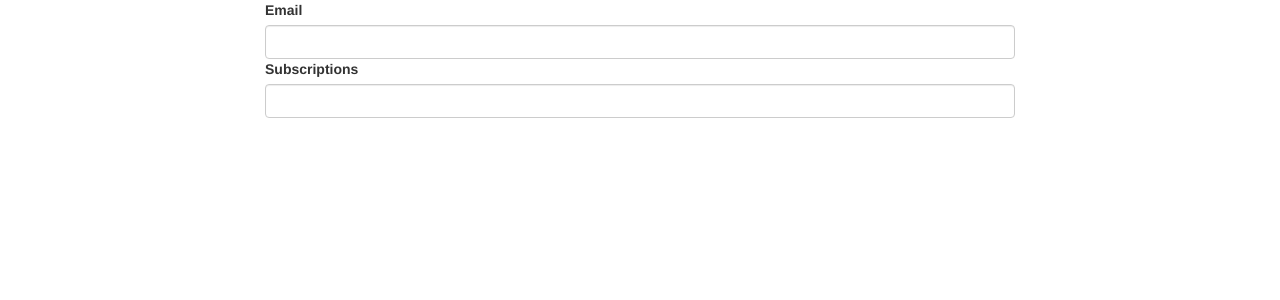
Repository: NikitasX/AngularCourse
Page: / (app in td-forms-assignment/)
The author's editor kept a copy of each file at every save. The page is drawn from the files as they stood at one save, then again after a run of saves.
The browser window is 1280 px wide. The pictures show the whole page.
The project was rebuilt for these pictures with package versions that can differ from the ones it lists, and the page was loaded fresh each time. Also part of the build but not shown: td-forms-assignment/angular.json.

Above is the page before, as saved 2020-09-25 16:32:54.

### td-forms-assignment/src/app/app.component.html
<div class="container">
  <div class="row">
    <div class="col-xs-12 col-sm-10 col-md-8 col-sm-offset-1 col-md-offset-2">

      <form>
        <div class="form-group">
          <label for="email">Email</label>
          <input
            type="email"
            class="form-control"
            required
            email>

            <label for="subscriptions">Subscriptions</label>
            <input
              type="email"
              class="form-control"
              required
              email>
        </div>
      </form>

      <!-- Add a Form with the following Inputs (and Validators)
           1) Mail address (should not be empty and should be an email address)
           2) A Dropdown which allows the user to select from three different Subscriptions ("Basic", "Advanced", "Pro")
              Set "Advanced" as Default
           3) A Password field (should not be empty)
           4) A Submit Button

           Display a warning message if the Form is invalid AND was touched. Display a warning message below each input if it's invalid.

           Upon submitting the form, you should simply print the Value of the Form to the Console.
           Optionally, display it in your template.
      -->
    </div>
  </div>
</div>

Loaded but not shown: td-forms-assignment/src/index.html (common file); td-forms-assignment/src/styles.css (common file); td-forms-assignment/src/main.ts (common file); td-forms-assignment/src/app/app.module.ts (common file); td-forms-assignment/src/environments/environment.ts (common file); td-forms-assignment/src/app/app.component.ts (common file); td-forms-assignment/src/app/app.component.css (no stored copy; drawn as an empty file)

After the next 2 saves:
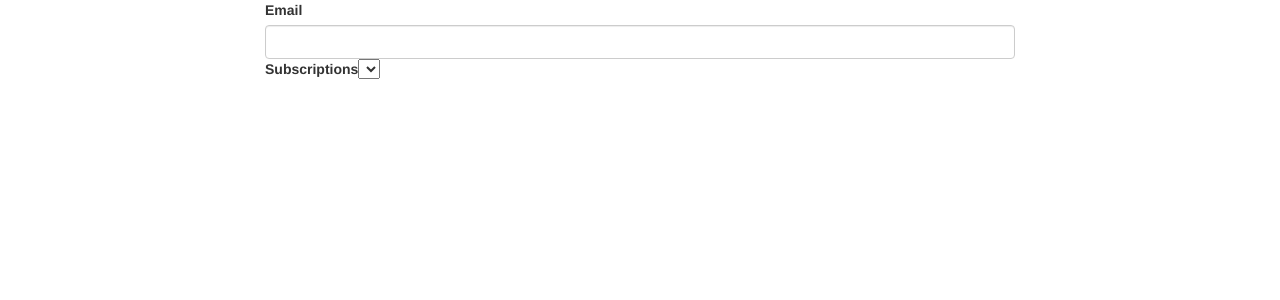
The 2 saves are shown as one change because they came seconds apart.
The last was saved 11 s later.
--- a/td-forms-assignment/src/app/app.component.html
+++ b/td-forms-assignment/src/app/app.component.html
@@ -12,11 +12,9 @@
             email>
 
             <label for="subscriptions">Subscriptions</label>
-            <input
-              type="email"
-              class="form-control"
-              required
-              email>
+            <select>
+
+            </select>
         </div>
       </form>
 

After the save that followed:
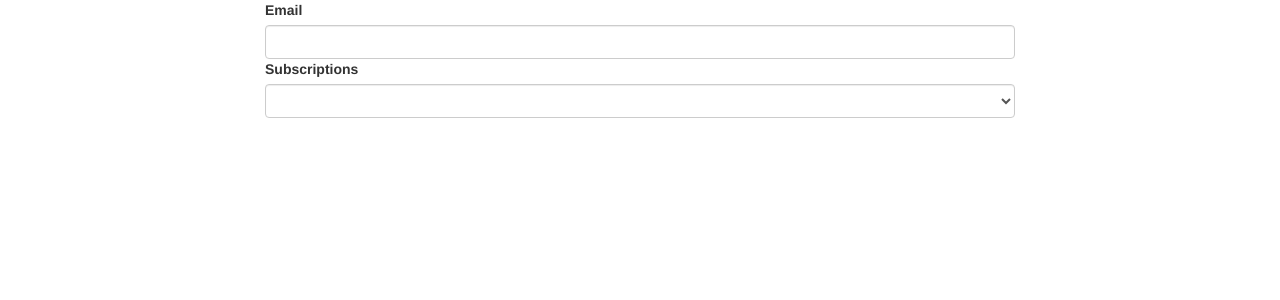
Saved 10 s later.
--- a/td-forms-assignment/src/app/app.component.html
+++ b/td-forms-assignment/src/app/app.component.html
@@ -12,7 +12,7 @@
             email>
 
             <label for="subscriptions">Subscriptions</label>
-            <select>
+            <select class="form-control">
 
             </select>
         </div>
